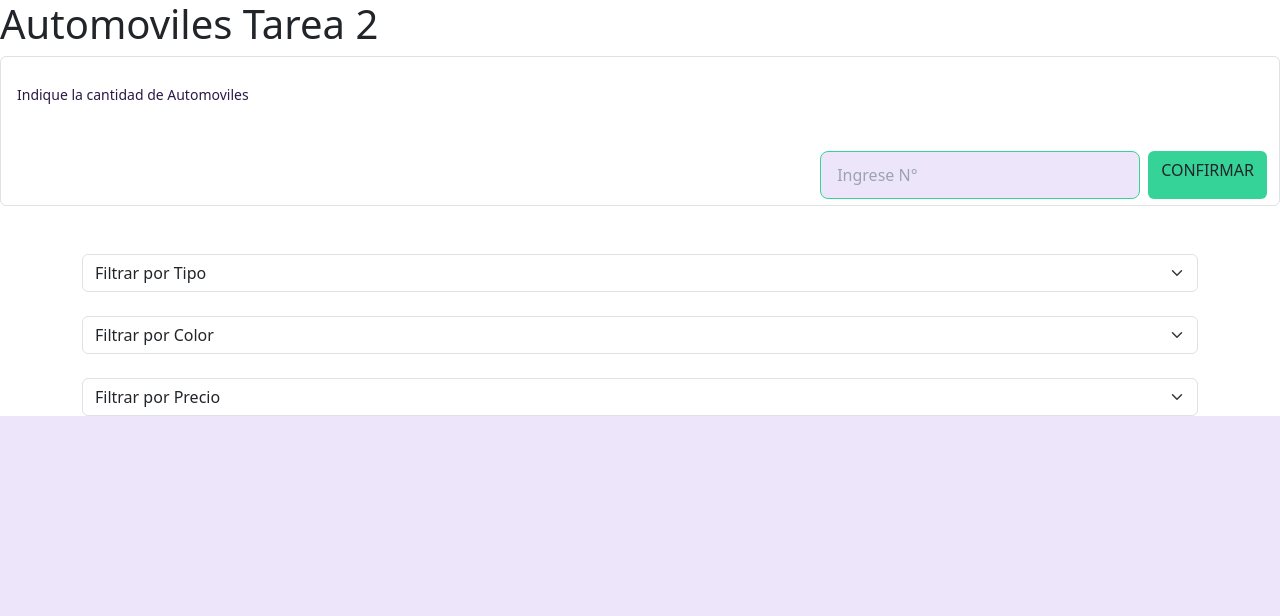
Repository: Claudioxs/Tarea2
Page: /automovil (app in FrontEnd/vue-project/)
These files come from the project's save history. The page is drawn as it stood at one moment and after a run of saves; the edit follows.
The browser window is 1280 px wide. The pictures show the whole page.
The project was rebuilt for these pictures with package versions that can differ from the ones it lists, and the page was loaded fresh each time. Also part of the build but not shown: FrontEnd/vue-project/vite.config.js, FrontEnd/vue-project/src/components/HelloWorld.vue.

Above is the page before, as saved 2023-05-22 23:34:35.

After the next 4 saves:
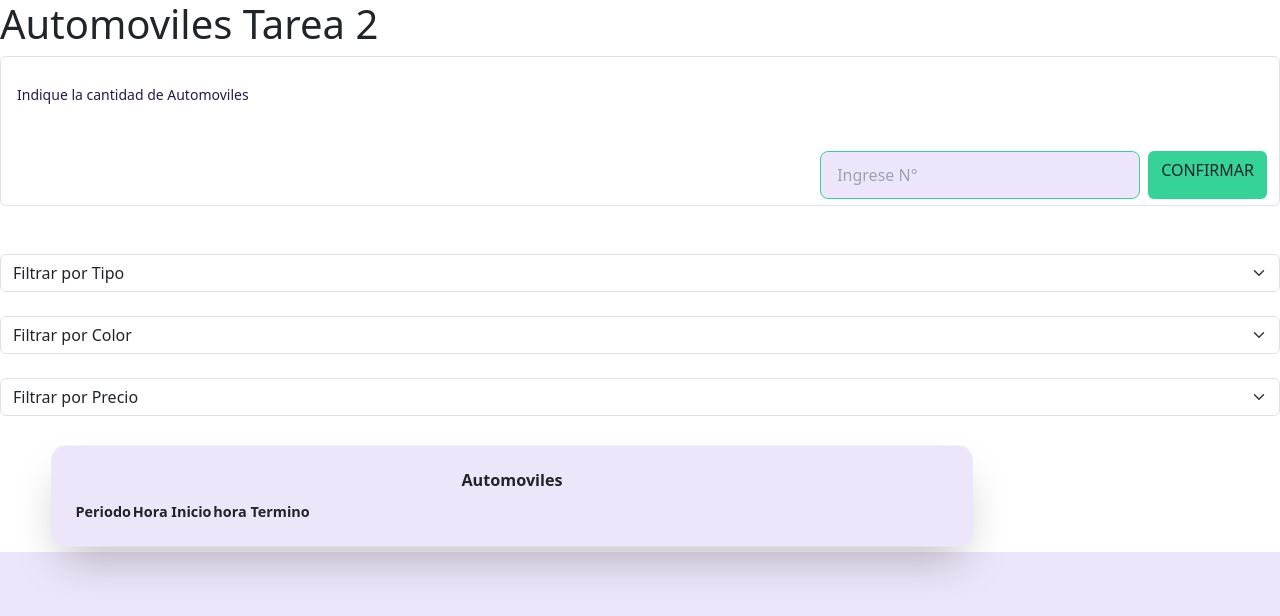
The 4 saves are shown as one change because 3 did not build or start.
The last was saved 6 min 41 s later.
--- a/FrontEnd/vue-project/src/views/Automovil.vue
+++ b/FrontEnd/vue-project/src/views/Automovil.vue
@@ -16,7 +16,7 @@
   </div>
 </div>
 <br><br>
-<div class="container">
+
 
 <select class="form-select" aria-label="Default select example" aria-expanded="false">
   <option selected>Filtrar por Tipo</option>
@@ -40,9 +40,27 @@
   <option value="1">20000000</option>
   <option value="2">30000000</option>
 
-</select>
+</select> <br>
 
+<div class="modal-box w-11/12 max-w-5xl">
 
+    <h3 class="font-bold text-lg" align="center">Automoviles</h3>
+      <div class="Pruebaa" >
+        <thead>
+      <tr>
+        <th></th>
+        <th>Periodo</th>
+        <th>Hora Inicio</th>
+        <th>hora Termino</th>
+      </tr>
+      </thead>
+
+    <td> </td>
+        <td> {{}}</td>
+        <td>{{}}</td>
+        <td>{{}}</td>
+
+      </div>
 
 
 </div>
